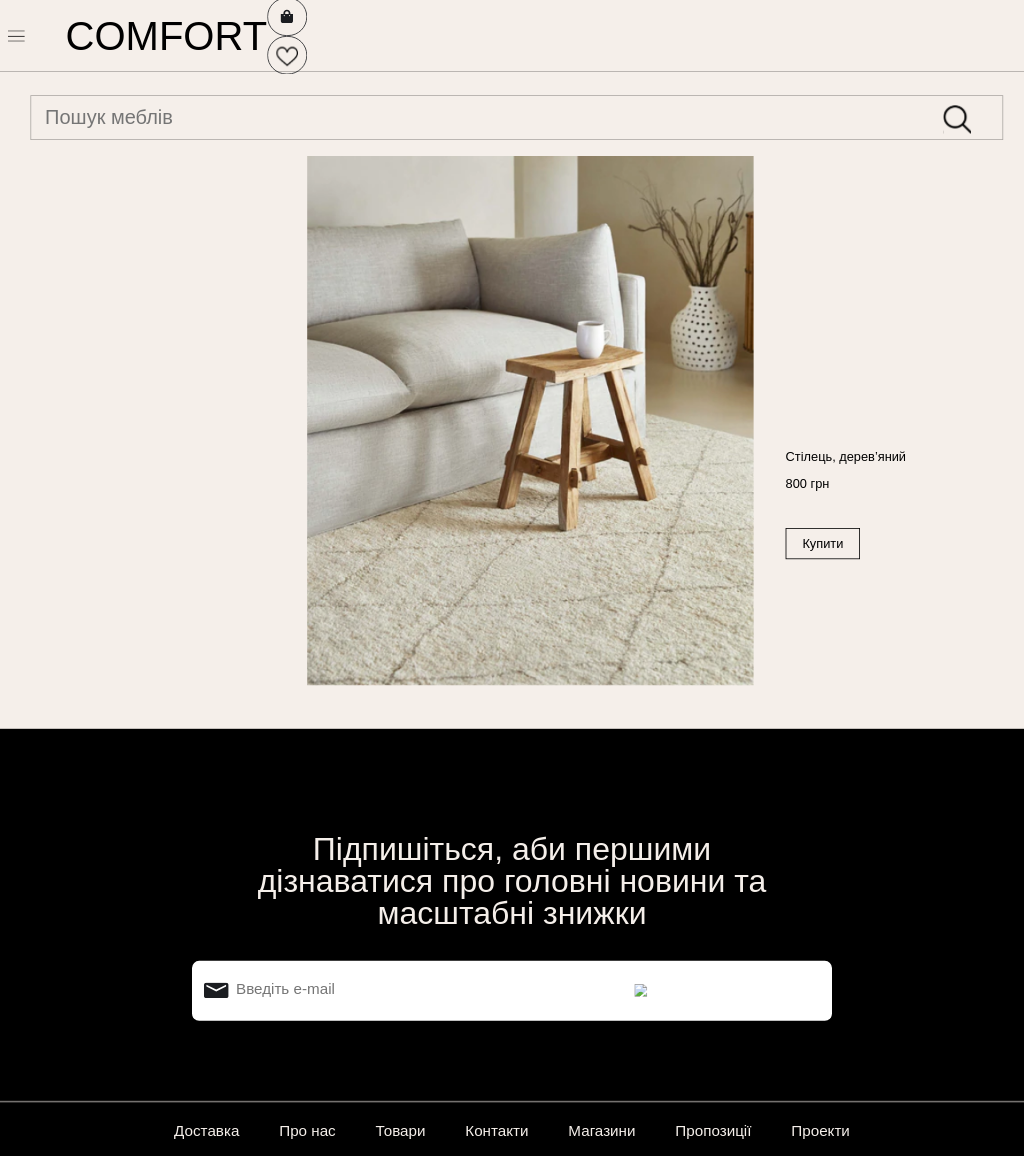
Repository: malykhinaIra/laravel
Page: http://localhost/item/1
An editor plug-in stored every save of this project. The page is shown before and after the next save, followed by the edit.
The browser window is 1280 px wide. The pictures show the whole page, at 80% of full size.
The page is served by the project's Laravel application, run on PHP 8.4 with Laravel 9.

Above is the page before, as saved 2022-05-09 23:33:49.

After the next save:
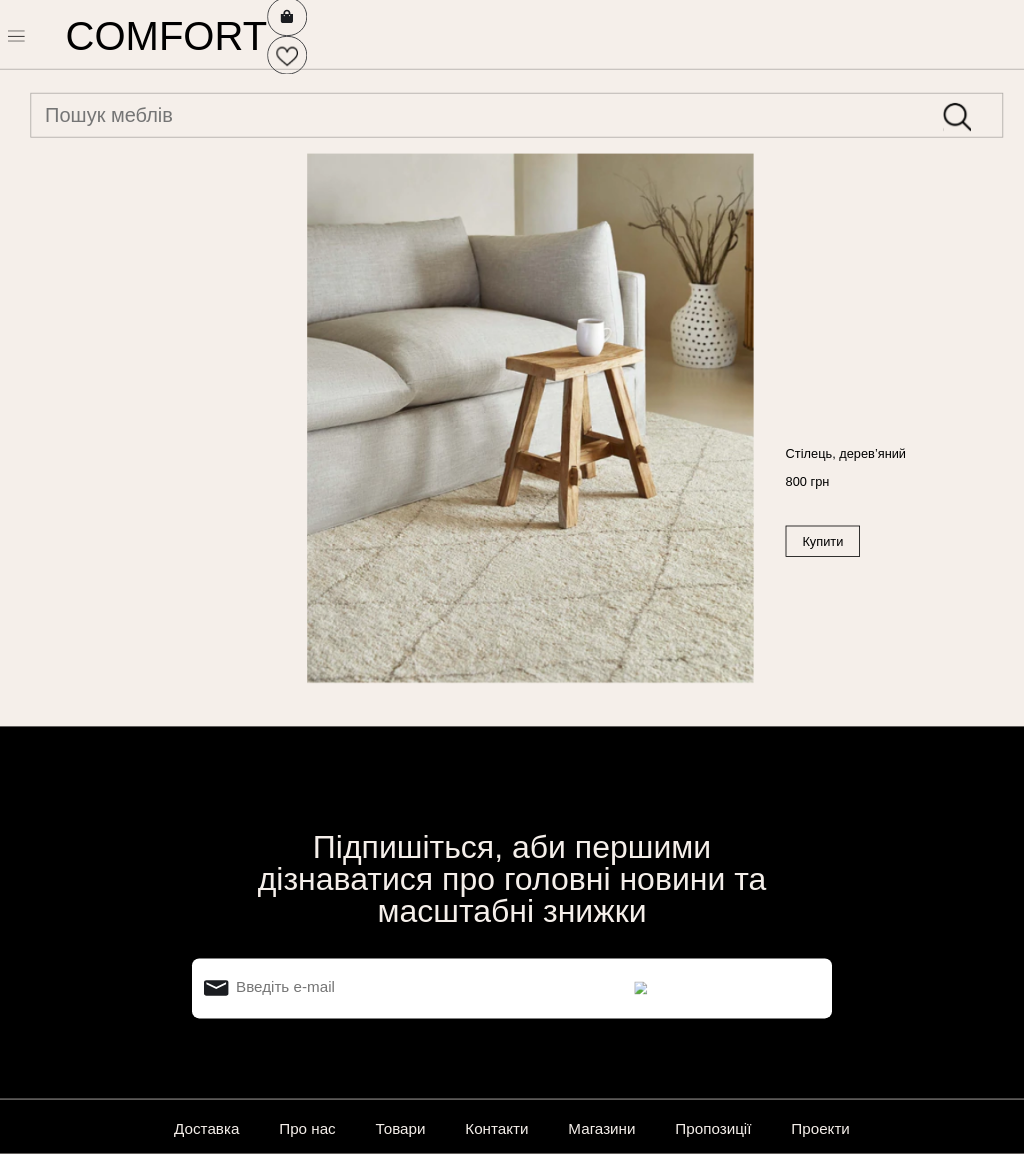
Saved 68 s later.
--- a/blog/resources/views/item.blade.php
+++ b/blog/resources/views/item.blade.php
@@ -1,7 +1,7 @@
 @extends('layouts.header')
 @section('content')
 <head>
-    <link rel="stylesheet" href="../css/catalog.css">
+    <link rel="stylesheet" href="../css/info.css">
 </head>
 <body style='background-color: #F5EFEA;'>
 <div class='container' style='display: flex; align-items: center; margin: auto; margin-top: 20px;'>
